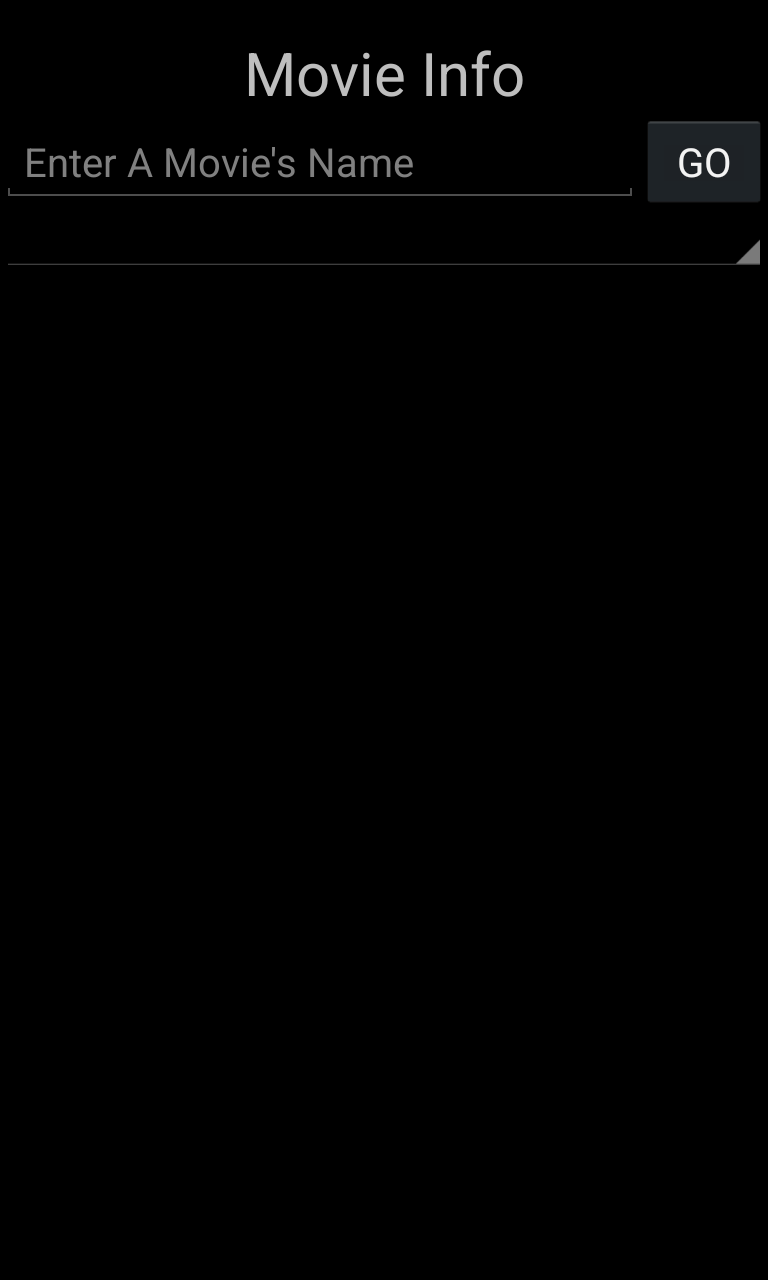
Repository: brandonfyia/Android
Layout: Java1Week2-4/res/layout/main.xml
An editor plug-in stored every save of this project. The layout is shown before and after the next save, followed by the edit.
It is drawn on a 768 x 1280 px phone screen (xhdpi) without system bars, with theme AppTheme; the app's code is not run.

Above is the layout before, as saved 2013-06-06 18:01:42.

### Java1Week2-4/res/layout/main.xml
<?xml version="1.0" encoding="utf-8"?>
<LinearLayout xmlns:android="http://schemas.android.com/apk/res/android"
    xmlns:tools="http://schemas.android.com/tools"
    android:layout_width="match_parent"
    android:layout_height="match_parent"
    android:orientation="vertical"
    android:paddingTop="@dimen/activity_horizontal_margin" >

    <TextView
        android:id="@+id/header"
        android:layout_width="match_parent"
        android:layout_height="wrap_content"
        android:text="@string/app_title"
        style="@style/BigCenteredText"/>

    <LinearLayout
        android:layout_width="match_parent"
        android:layout_height="wrap_content"
        android:orientation="horizontal" >

        <EditText
            android:id="@+id/searchField"
            android:layout_width="0dip"
            android:layout_height="wrap_content"
            android:layout_weight="1"
            android:hint="@string/hint" />

        <Button
            android:id="@+id/searchButton"
            android:layout_width="wrap_content"
            android:layout_height="wrap_content"
            android:text="@string/go" />
    </LinearLayout>

    <Spinner
        android:id="@+id/infoSpinner"
        android:layout_width="match_parent"
        android:layout_height="wrap_content" />

    <TextView
        android:id="@+id/resultsText"
        android:layout_width="match_parent"
        android:layout_height="wrap_content"
        style="@style/BigCenteredText"/>


</LinearLayout>

### Java1Week2-4/res/values/strings.xml
<resources>

    <string name="app_name">Movie Info</string>
    <string name="action_settings">Settings</string>
    <string name="hint">Enter A Movie\'s Name</string>
    <string name="go">GO</string>
    <string name="title_string">Movie Info</string>
    <string name="app_title">Movie Info</string>


    <!-- For @arrays/detailsArray -->
    <string name="see_details">See Details</string>
    <string name="title">Title</string>
    <string name="year">Year</string>
    <string name="mpaa_rating">MPAA Rating</string>
    <string name="runtime">Runtime</string>
    <string name="critics_consensus">The Critics Consensus</string>
    <string name="thumbnail">Poster</string>

    <!-- API values -->
    <string name="titleAPI">title</string>
    <string name="yearAPI">year</string>
    <string name="mpaa_ratingAPI">mpaa_rating</string>
    <string name="runtimeAPI">runtime</string>
    <string name="critics_consensusAPI">critics_consensus</string>
    <string name="thumbnailAPI">thumbnail</string>

</resources>

Loaded but not shown: Java1Week2-4/res/values/styles.xml (common file); Java1Week2-4/res/values/dimens.xml (common file)

After the next save:
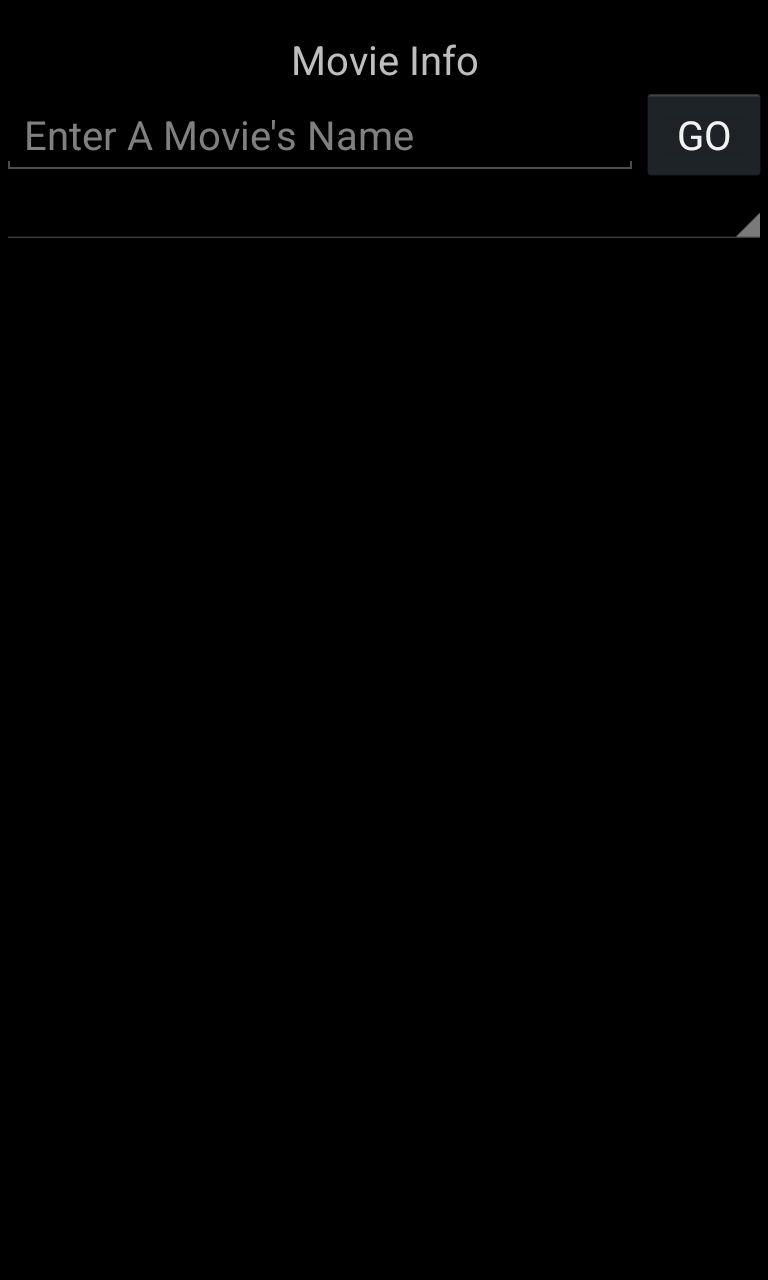
Saved 2 min 54 s later.
--- a/Java1Week2-4/res/layout/main.xml
+++ b/Java1Week2-4/res/layout/main.xml
@@ -11,7 +11,7 @@
         android:layout_width="match_parent"
         android:layout_height="wrap_content"
         android:text="@string/app_title"
-        style="@style/BigCenteredText"/>
+        android:gravity="center"/>
 
     <LinearLayout
         android:layout_width="match_parent"
--- a/Java1Week2-4/res/values/strings.xml
+++ b/Java1Week2-4/res/values/strings.xml
@@ -9,7 +9,7 @@
 
 
     <!-- For @arrays/detailsArray -->
-    <string name="see_details">See Details</string>
+    <string name="see_details">Choose a detail to View</string>
     <string name="title">Title</string>
     <string name="year">Year</string>
     <string name="mpaa_rating">MPAA Rating</string>
